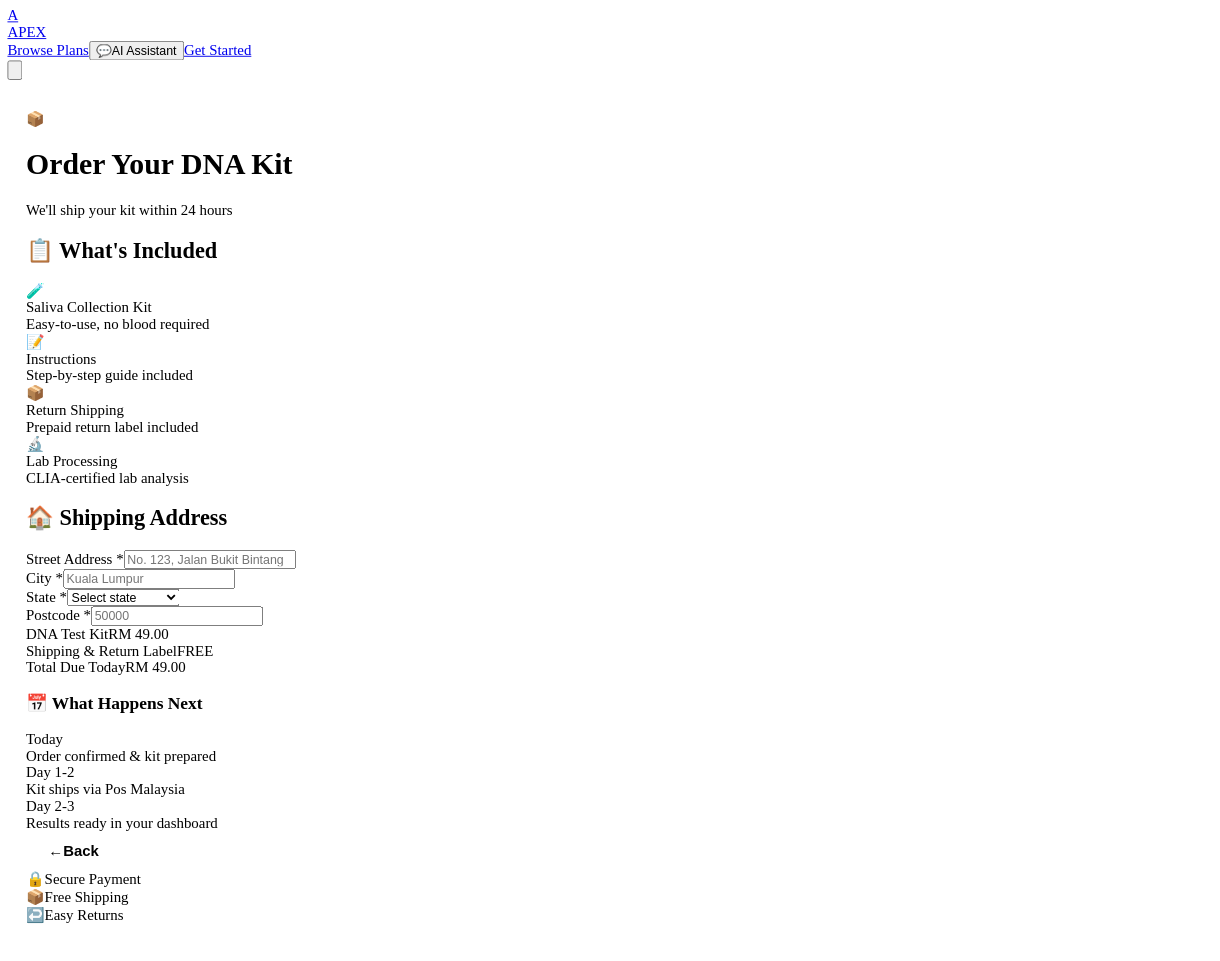
Repository: hmhhmm/Apex-AI-Driven-Insurance-Recommendation-System
Page: /onboarding/dna-test/order-kit (app in client/)
The author's editor kept a copy of each file at every save. The page is drawn from the files as they stood at one save, then again after the next save.
The browser window is 1280 px wide. The page is 1312 px wide, so the pictures cover 1312 px, including what lies to the right of the window. The pictures show the whole page, at 93% of full size.
The project was rebuilt for these pictures with package versions that can differ from the ones it lists, and the page was loaded fresh each time. Also part of the build but not shown: client/src/components/chat/ChatHeader.tsx, client/src/components/chat/ChatMessages.tsx, client/src/components/chat/QuickActions.tsx, client/src/components/chat/ChatInput.tsx, client/src/components/landing/ParticleBackground.tsx, client/src/components/landing/AnimatedHero.tsx, client/src/components/landing/DashboardCard.tsx, client/src/pages/Landing.tsx and 11 more.

Above is the page before, as saved 2025-11-01 21:05:41.

After the next save:
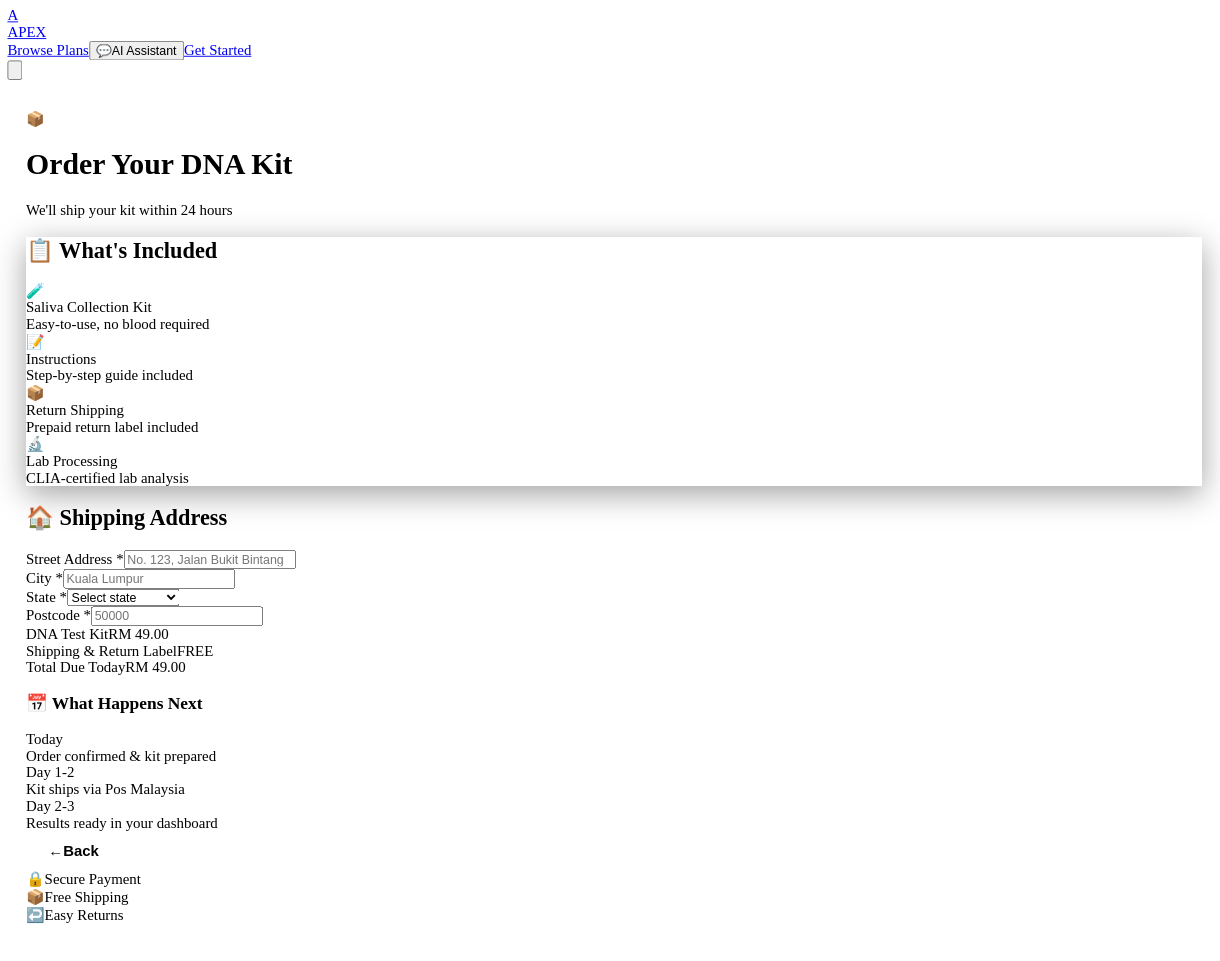
Saved 19 s later.
--- a/client/src/pages/onboarding/DNATestOptions/OrderKit.tsx
+++ b/client/src/pages/onboarding/DNATestOptions/OrderKit.tsx
@@ -88,9 +88,10 @@ export default function OrderKit() {
           initial={{ opacity: 0, y: 20 }}
           animate={{ opacity: 1, y: 0 }}
           transition={{ delay: 0.2 }}
-          className="card mb-8"
-        >
-          <h2 className="text-2xl font-bold text-white mb-6 flex items-center gap-2">
+          className="backdrop-blur-2xl bg-gradient-to-br from-white/[0.07] to-white/[0.02] border border-white/10 rounded-3xl p-8 mb-8"
+          style={{ boxShadow: '0 8px 32px 0 rgba(0, 0, 0, 0.37)' }}
+        >
+          <h2 className="text-2xl font-light text-white mb-6 flex items-center gap-2">
             <span>📋</span> What's Included
           </h2>
 
